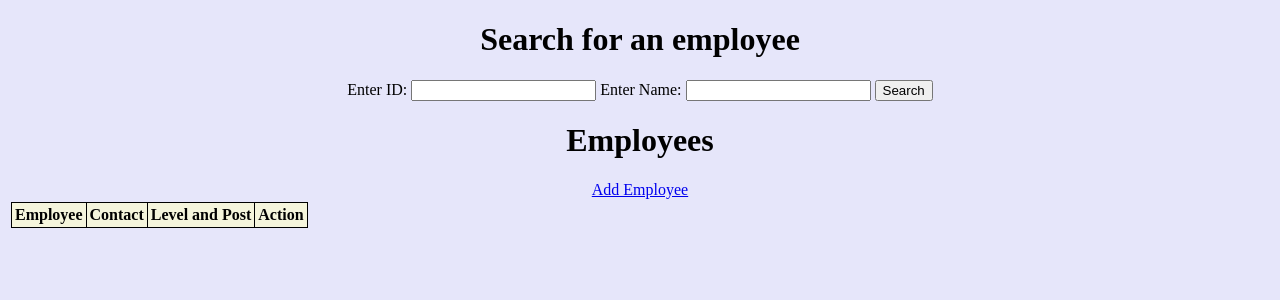
Repository: P9-Analyst-Java/employee-management-abhishekdatta12
Page: http://localhost/spring-expense-tracker/WEB-INF/views/home.jsp
An editor plug-in stored every save of this project. The page is shown before and after the next save, followed by the edit.
The browser window is 1280 px wide. The pictures show the whole page.
The page is served by Tomcat 9. Nobody is signed in. The template is opened directly, without the code that normally fills it, so the values that code supplies are empty.

Above is the page before, as saved 2023-02-21 05:15:37.

After the next save:
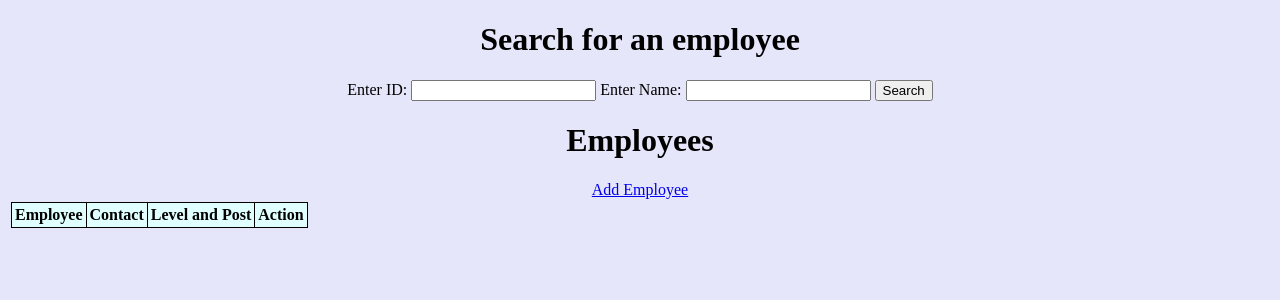
Saved 31 s later.
--- a/spring-portal/spring-expense-tracker/src/main/webapp/WEB-INF/views/home.jsp
+++ b/spring-portal/spring-expense-tracker/src/main/webapp/WEB-INF/views/home.jsp
@@ -17,7 +17,7 @@ div{
 	align-content: center;
 }
 table, th, td{
-	background-color: #f5f5dc;
+	background-color: #e0ffff;
 	text-align: center;
 	border: 1px solid;
 	border-collapse: collapse;
